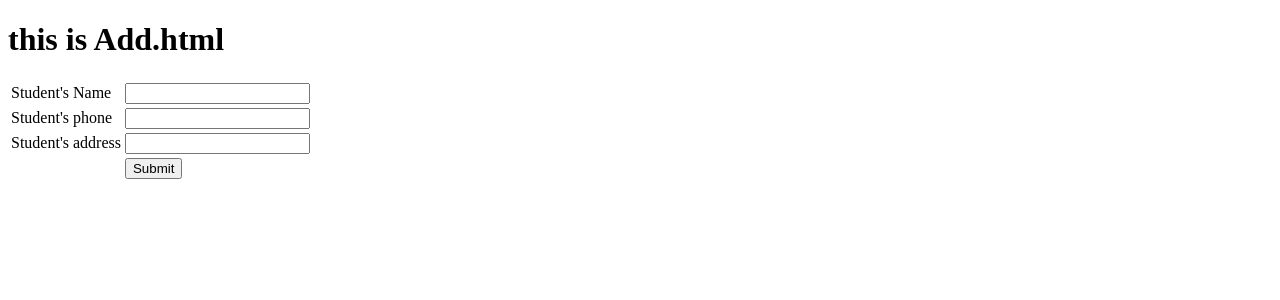
Repository: jks2127/SMS-webApp
Page: sms 1.2/WebContent/Add.html
These files come from the project's save history. The page is drawn as it stood at one moment and after the next save; the edit follows.
The browser window is 1280 px wide. The pictures show the whole page.

Above is the page before, as saved 2021-06-12 10:12:03.

After the next save:
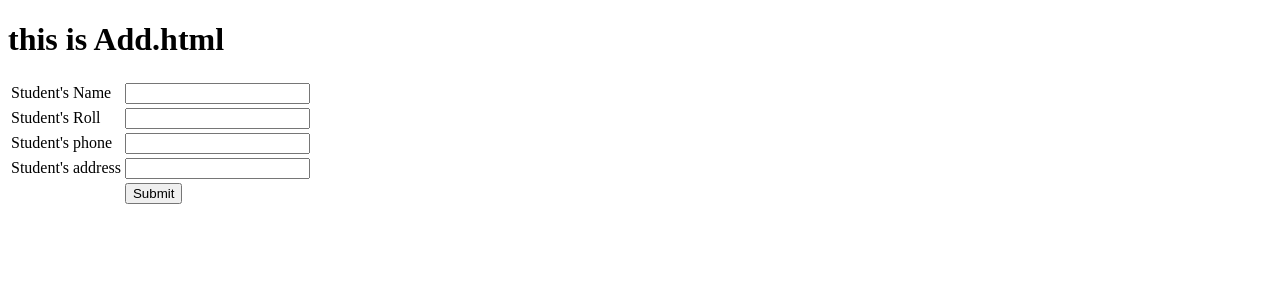
Saved 6 min 7 s later.
--- a/sms 1.2/WebContent/Add.html
+++ b/sms 1.2/WebContent/Add.html
@@ -11,6 +11,10 @@
 			<tr>
 				<td>Student's Name</td>
 				<td><input type="text" name="st_name"></td>
+			</tr>
+			<tr>
+				<td>Student's Roll</td>
+				<td><input type="number" name="st_roll"></td>
 			</tr>
 			<tr>
 				<td>Student's phone</td>
